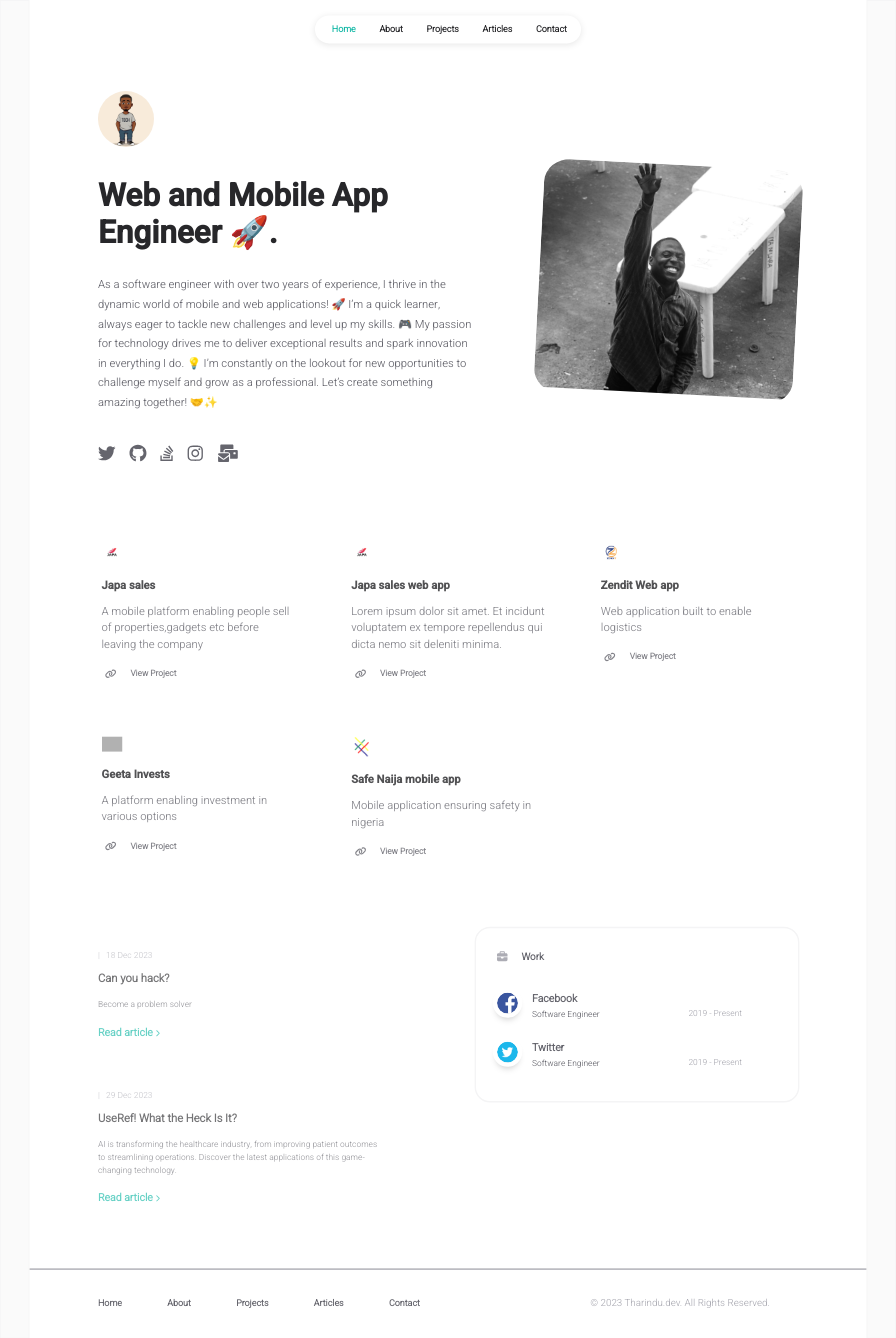
Repository: preyeopudu/preye-site
Page: /
An editor plug-in stored every save of this project. The page is shown before and after a run of saves, followed by the edit.
The browser window is 1280 px wide. The pictures show the whole page, at 70% of full size.
Pictures or frames that could not be fetched are drawn as grey boxes. The project was rebuilt for these pictures with package versions that can differ from the ones it lists, and the page was loaded fresh each time. Also part of the build but not shown: src/components/about/socials.jsx, src/pages/styles/about.css, src/pages/about.jsx, src/pages/styles/projects.css, src/pages/projects.jsx, src/components/articles/article.jsx, src/pages/styles/articles.css, src/pages/articles.jsx and 5 more.

Above is the page before, as saved 2024-12-18 20:12:30.

After the next 2 saves:
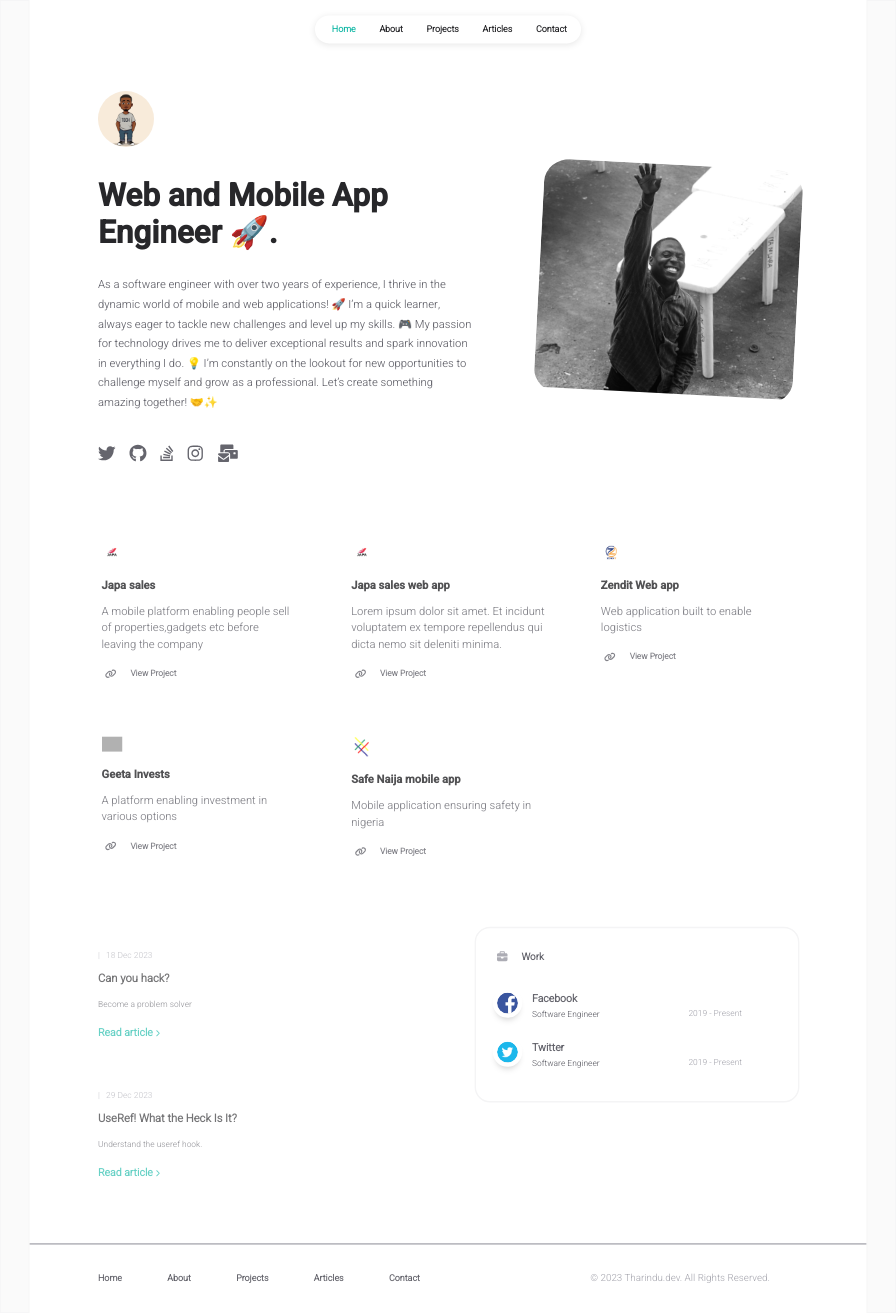
The 2 saves are shown as one change because 1 did not build or start.
The last was saved 2 min 30 s later.
--- a/src/data/articles.js
+++ b/src/data/articles.js
@@ -28,18 +28,21 @@ function article_2() {
 	return {
 		date: "29 Dec 2023",
 		title: "UseRef! What the Heck Is It? ",
-		description:
-			"AI is transforming the healthcare industry, from improving patient outcomes to streamlining operations. Discover the latest applications of this game-changing technology.",
+		description: "Understand the useref hook.",
 		style: ``,
-		keywords: [
-			"Artificial Intelligence in Healthcare",
-			"Tharindu",
-			"Tharindu N",
-			"Tharindu Nayanajith",
-		],
+		keywords: ["React", "HOOKS", "FRONT END", "OPUDU TAMARAPREYE"],
 		body: (
 			<React.Fragment>
-				<h1>Content of article 2</h1>
+				<div className="article-content">
+					<a
+						href="https://splashdev.hashnode.dev/useref-what-the-heck-is-it"
+						target="_blank"
+						rel="noopener noreferrer"
+						className="article-link"
+					>
+						Read the full article: Can you hack?
+					</a>
+				</div>
 			</React.Fragment>
 		),
 	};
